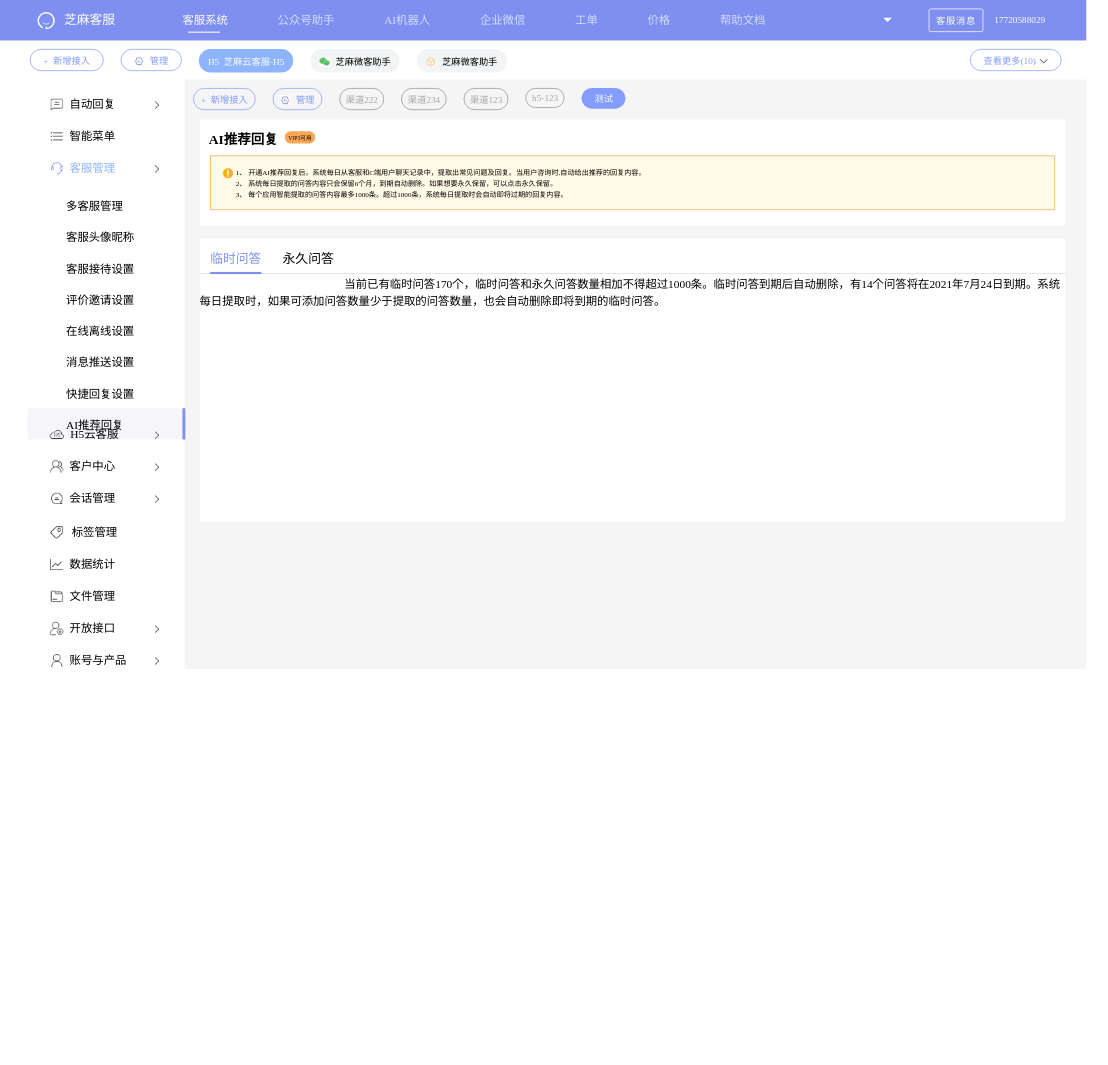
Repository: Privatexiao/projects
Page: Customer service assistant/Untitled-1.html
An editor plug-in stored every save of this project. The page is shown before and after the next save, followed by the edit.
The browser window is 1280 px wide. The page is 1560 px wide, so the pictures cover 1560 px, including what lies to the right of the window. The pictures show the whole page, at 71% of full size.

Above is the page before, as saved 2021-07-27 16:57:49.

After the next save:
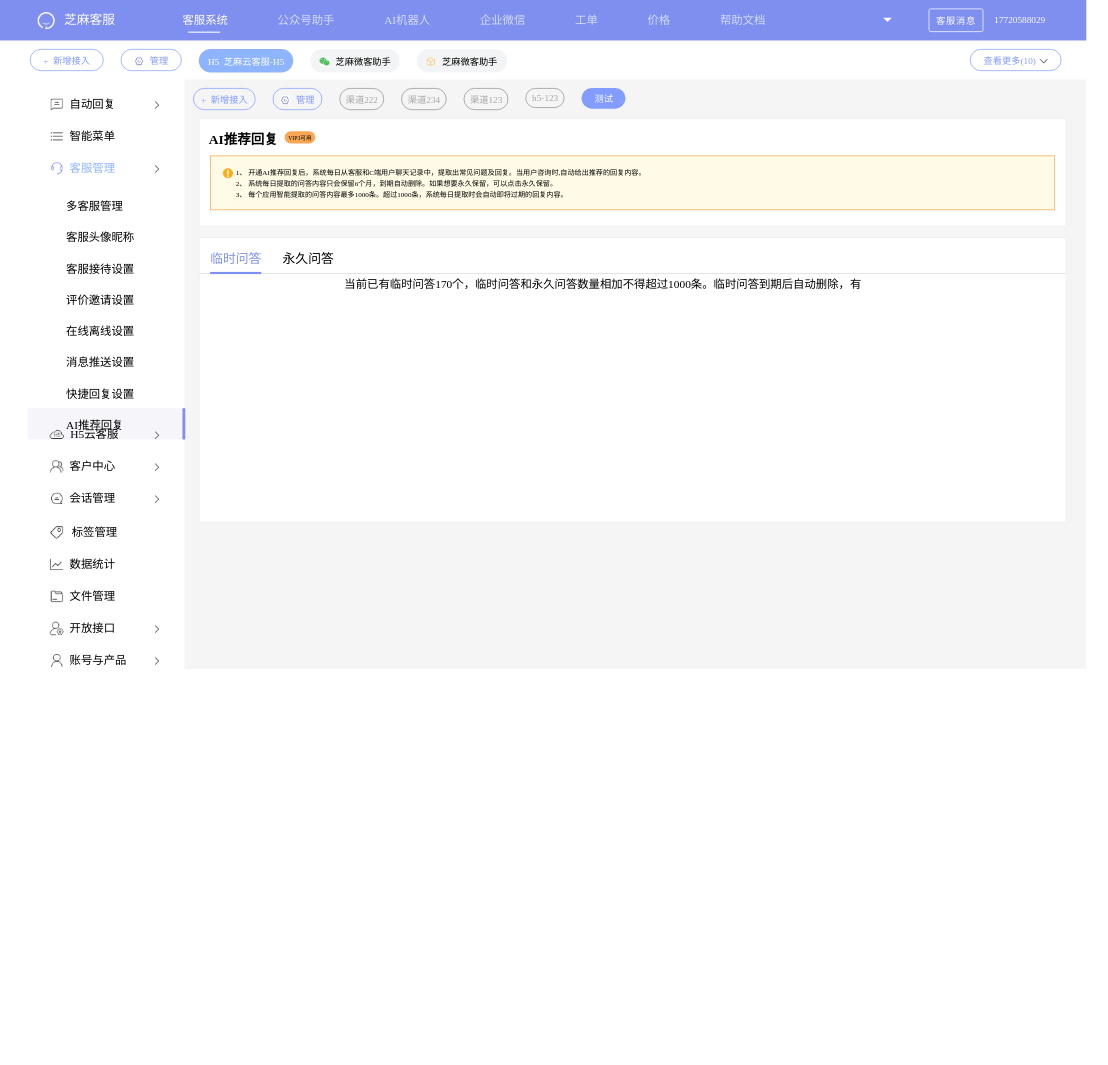
Saved 8 s later.
--- a/Customer service assistant/Untitled-1.html
+++ b/Customer service assistant/Untitled-1.html
@@ -99,7 +99,7 @@
                         <p><a href="javaStript:">临时问答</a></p><span><a href="javaSctipt:">永久问答</a></span>
                     </div>
                     <div class="temporary_warning">
-                        <p>当前已有临时问答<span>170</span>个，临时问答和永久问答数量相加不得超过1000条。临时问答到期后自动删除，有14个问答将在2021年7月24日到期。系统每日提取时，如果可添加问答数量少于提取的问答数量，也会自动删除即将到期的临时问答。
+                        <p>当前已有临时问答<span>170</span>个，临时问答和永久问答数量相加不得超过1000条。临时问答到期后自动删除，有<spa14个问答将在2021年7月24日到期。系统每日提取时，如果可添加问答数量少于提取的问答数量，也会自动删除即将到期的临时问答。
                         </p>
                     </div>
                     <!-- <div class="btn">

After the 2 saves that followed:
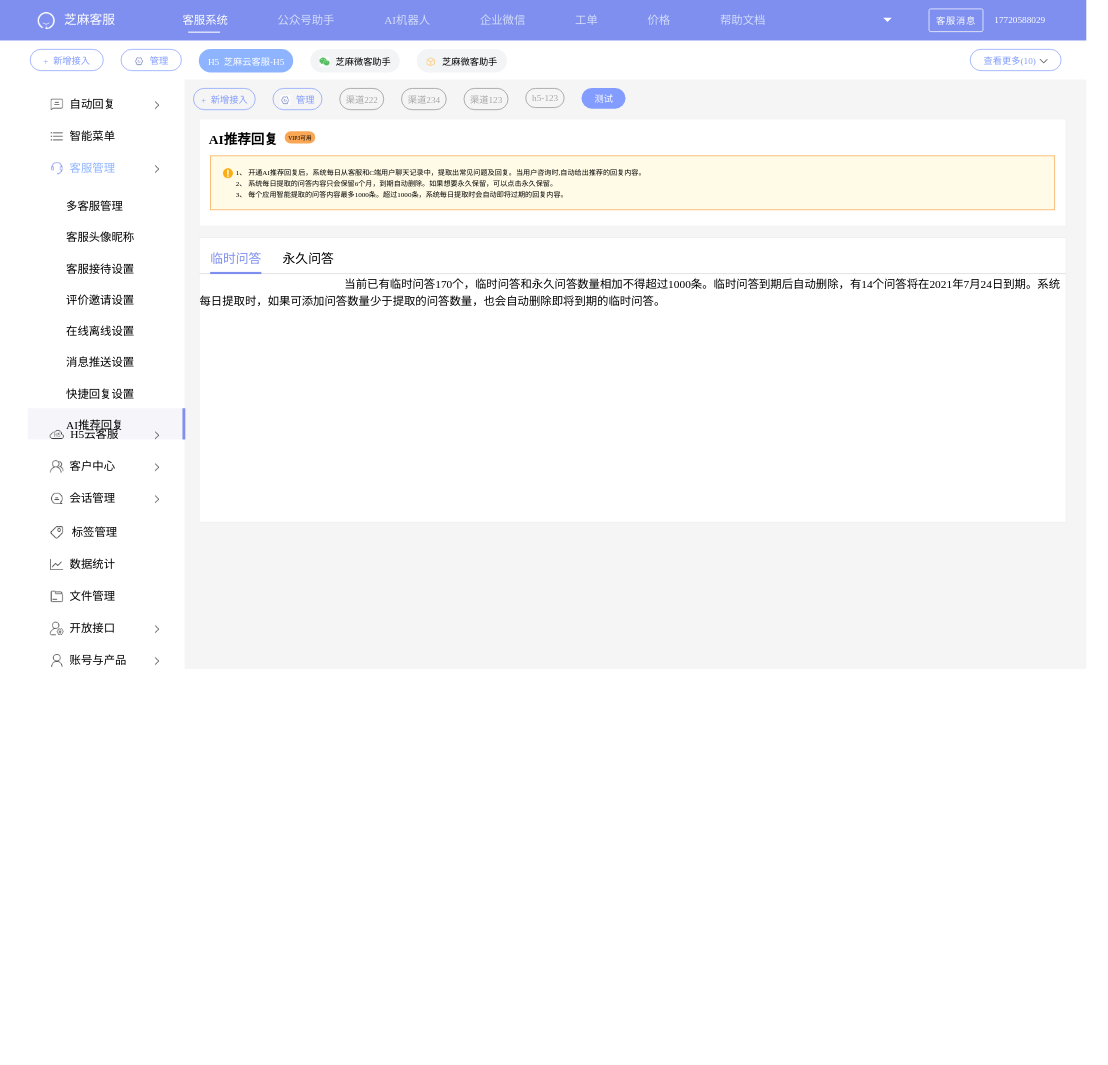
The 2 saves are shown as one change because they came seconds apart.
The last was saved 6 s later.
--- a/Customer service assistant/Untitled-1.html
+++ b/Customer service assistant/Untitled-1.html
@@ -99,7 +99,7 @@
                         <p><a href="javaStript:">临时问答</a></p><span><a href="javaSctipt:">永久问答</a></span>
                     </div>
                     <div class="temporary_warning">
-                        <p>当前已有临时问答<span>170</span>个，临时问答和永久问答数量相加不得超过1000条。临时问答到期后自动删除，有<spa14个问答将在2021年7月24日到期。系统每日提取时，如果可添加问答数量少于提取的问答数量，也会自动删除即将到期的临时问答。
+                        <p>当前已有临时问答<span>170</span>个，临时问答和永久问答数量相加不得超过1000条。临时问答到期后自动删除，有<em></em>14个问答将在2021年7月24日到期。系统每日提取时，如果可添加问答数量少于提取的问答数量，也会自动删除即将到期的临时问答。
                         </p>
                     </div>
                     <!-- <div class="btn">
